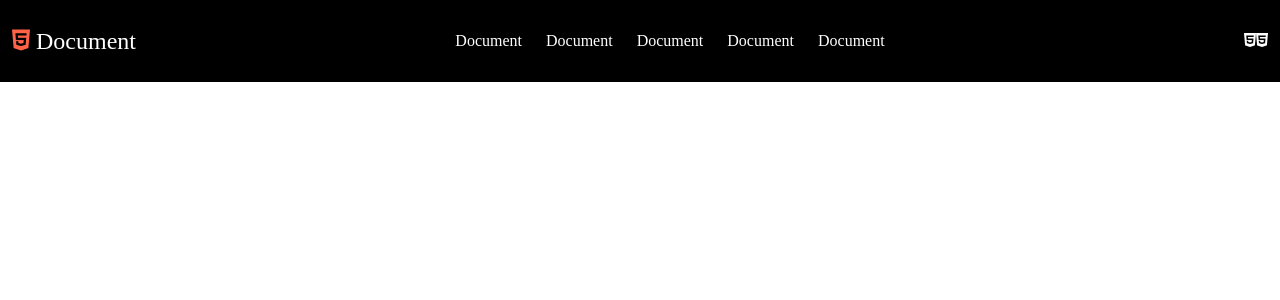
Repository: GoodHoneyCake/Dream_Coding_Academy2
Page: index.html
An editor plug-in stored every save of this project. The page is shown before and after the next save, followed by the edit.
The browser window is 1280 px wide. The pictures show the whole page.
Some web libraries are served in a nearby version.

Above is the page before, as saved 2021-01-07 16:32:36.

After the next save:
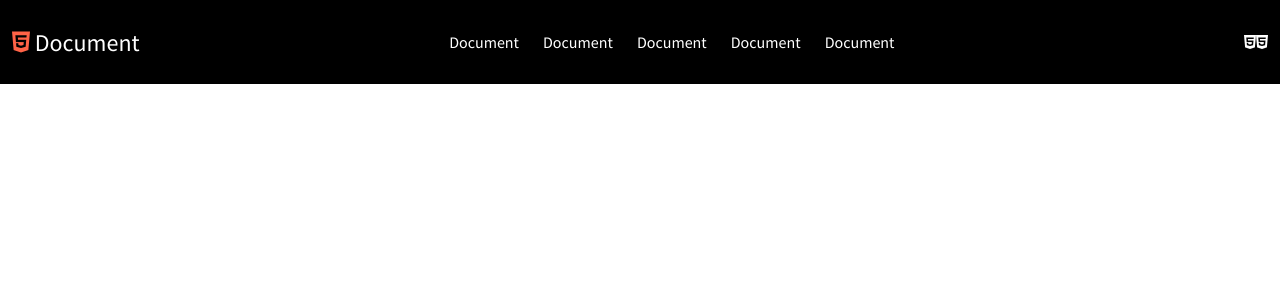
Saved 17 s later.
--- a/style.css
+++ b/style.css
@@ -1,5 +1,6 @@
 body {
   margin: 0;
+  font-family: "Source Sans Pro", sans-serif;
 }
 
 a {
@@ -39,3 +40,6 @@
   color: white;
   display: flex;
 }
+
+.navbar__icons i {
+}
